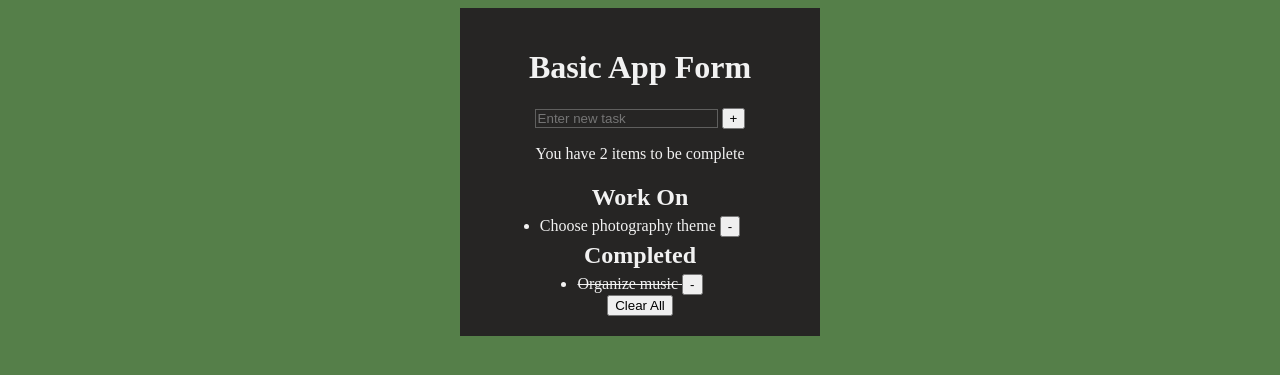
Repository: Kayla-amr/dgm_3760
Page: todoTemplate-W2/index.html
The author's editor kept a copy of each file at every save. The page is drawn from the files as they stood at one save, then again after the next save.
The browser window is 1280 px wide. The pictures show the whole page.

Above is the page before, as saved 2022-11-08 13:13:52.

### todoTemplate-W2/index.html
<!DOCTYPE html>
<html lang="en">

<head>
    <meta charset="UTF-8">
    <meta http-equiv="X-UA-Compatible" content="IE=edge">
    <meta name="viewport" content="width=device-width, initial-scale=1.0">
    <link rel="stylesheet" href="styles.css">
    <title>Basic Todo App</title>
</head>

<body>
    <main>
        <div class="taskForm">
            <h1 class="formTitle"></h1>
            <div>
                <input class="userInput" type="text" placeholder="Enter new task">
                <button class="addTask">+</button>
            </div>
            <p class="remainingTasks"></p>
            <h2>Work On</h2>
            <ul class='todoTasks'>
            </ul>
            <h2>Completed</h2>
            <ul class='completedTasks'>
            </ul>

            <button id="clearBtn">Clear All</button>
    </main>

    </div>
</body>
<script src="/todoTemplate-W2/index.js"></script>

</html>

### todoTemplate-W2/styles.css
body{
    background-color: #557f49;
    color: #f2f2f2;
}
main{
    display: flex;
    justify-content: center;
}
h2{
    margin: 0;
    padding: 5px;
}
.taskForm{
    background-color: #262524;
    padding: 20px;
    width: 20rem;
    display: flex;
    flex-direction: column;
    align-items: center;
}

.todoTasks{
    margin: 0;
    padding: 0;
}
.completedTasks{
    margin: 0;
    padding: 0;
}
.userInput{
    background-color: #eaaf1900;
    border: 1px solid #808080a1;
    color: #f2f2f2;
}

### todoTemplate-W2/index.js
const addBtn = document.querySelector('.addTask'); //store element object for the add task button
const todoTaskUl = document.querySelector('.todoTasks'); //get a reference to the task container UL
const completedTaskUL = document.querySelector('.completedTasks'); //get a reference to the task container UL
const clearBtn = document.querySelector('#clearBtn'); //clear button
const removeBtn = document.querySelector('.removeBtn');
const remainingTasks = document.querySelector('.remainingTasks');

let myList = [
	{
		id: 0,
		name: 'Choose photography theme',
		category: 'Homework',
		due_date: 'Tomorrow',
		status: false
	},
	{
		id: 1,
		name: 'Organize music',
		category: 'Chores',
		due_date: 'Wednesday',
		status: true
	}
];

//app title
document.querySelector('.formTitle').innerText = 'Basic App Form';

//view todods

function displayTodos(todos) {
	//clear out any tasks (li elements) that are in the UL
	todoTaskUl.innerHTML = '';
	completedTaskUL.innerHTML = '';
	//for each todo in the array, add it to the container UL
	todos.forEach(function(myTask) {
		if (myTask.status != true) {
			todoTaskUl.innerHTML += `<li data-todoId='${myTask.id}'> ${myTask.name} <button class="removeBtn" onclick="deleteTask()">-</button></li>`;

		} else {
			completedTaskUL.style.textDecoration = 'line-through';
			completedTaskUL.innerHTML += `<li data-todoId='${myTask.id}'> ${myTask.name} <button class="removeBtn" onclick="deleteTask()">-</button></li>`;
		}
	});
}

//add todos

function addTask() {
	let userInput = document.querySelector('.userInput').value;

	const newTodoObj = {
		id: myList.length + 1,
		name: userInput,
		category: null,
		due_date: null,
		status: false
	};

	myList.push(newTodoObj);
	displayTodos(myList);
}

// create a function to complete todos
function editTask() {
	const clickedTodoId = event.target.dataset.todoid;
	const todoIdx = myList.findIndex((todo) => todo.id == clickedTodoId);
	myList[todoIdx].status = !myList[todoIdx].status;
	console.log(myList);
	displayTodos(myList);
	// function will take 1 parameter (input) an id of the todo to complete
	// find the todo to complete and then change the value of status in the todo object
	//use the .findIndex method to get the index
	//then edit the object directly using bracket notation
	//IE: myList[todoIDX].status
}

//create a function to delete todos
function deleteTask() {
	const todoIdx = myList.findIndex((todo) => todo.obj == removeBtn);
	myList.splice(todoIdx, 1);
	displayTodos(myList);
	//much the same as the complete todo function
	//instead of editing the object, you will need to remove it from the array
}

function deleteComplete() {
	myList.forEach((todo, index, array) => {
		if (todo.status) {
			array.splice(index, 1);
		}
	});
}

function remaining() {
	remainingTasks.textContent = `You have ${todoTaskUl.tagName.length} items to be complete`;
}

remaining();
//for complete and delete event listeners you will need to listen for events on the UL

addBtn.addEventListener('click', (event) => {
	addTask();
});

todoTaskUl.addEventListener('click', (event) => {
	editTask();
});

completedTaskUL.addEventListener('click', (event) => {
	editTask();
});

clearBtn.addEventListener('click', (event) => {
	deleteComplete();
	displayTodos(myList);
});

//on page load, show the todos
displayTodos(myList);

After the next save:
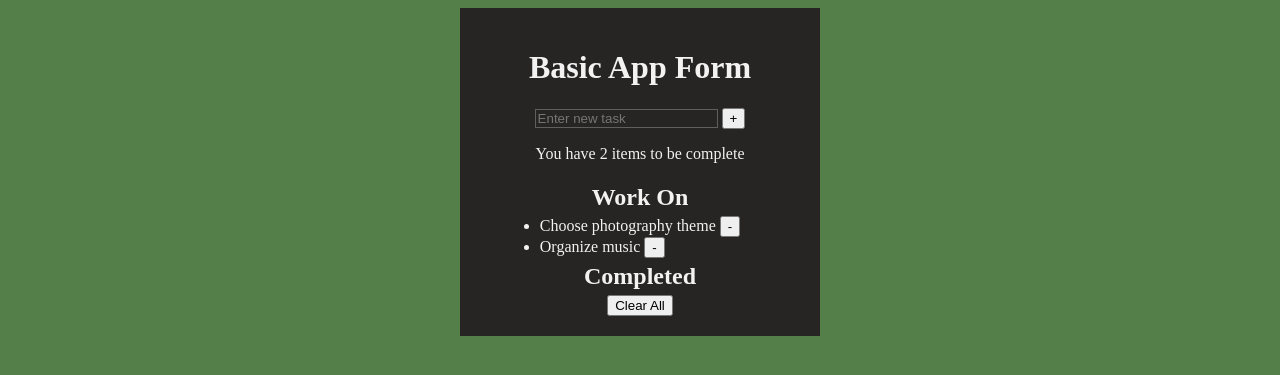
Saved 1 s later.
--- a/todoTemplate-W2/index.js
+++ b/todoTemplate-W2/index.js
@@ -18,7 +18,7 @@ let myList = [
 		name: 'Organize music',
 		category: 'Chores',
 		due_date: 'Wednesday',
-		status: true
+		status: false
 	}
 ];
 
